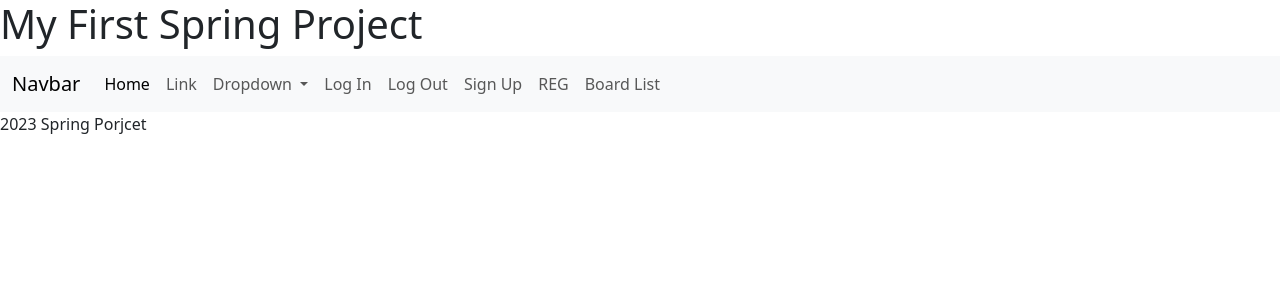
Repository: Leesunghoon1/ezenSpring
Page: http://localhost/spring-Test/WEB-INF/views/member/login.jsp
An editor plug-in stored every save of this project. The page is shown before and after the next save, followed by the edit.
The browser window is 1280 px wide. The pictures show the whole page.
The page is served by Tomcat 9. Nobody is signed in. Other server files are loaded and not shown. The template is opened directly, without the code that normally fills it, so the values that code supplies are empty.

Above is the page before, as saved 2023-10-06 07:00:59.

### spring-Test/src/main/webapp/WEB-INF/views/member/login.jsp
<%@ page language="java" contentType="text/html; charset=UTF-8"
    pageEncoding="UTF-8"%>
    <%@ taglib uri="http://java.sun.com/jsp/jstl/core" prefix="c" %>
<!DOCTYPE html>
<html>
<head>
<meta charset="UTF-8">
<title>로그인 페이지</title>
</head>
<body>

<jsp:include page="../layout/header.jsp"></jsp:include>


<jsp:include page="../layout/footer.jsp"></jsp:include>

</body>
</html>

### spring-Test/src/main/webapp/WEB-INF/views/layout/header.jsp
<%@ page language="java" contentType="text/html; charset=UTF-8"
    pageEncoding="UTF-8"%>
    <%@ taglib uri="http://java.sun.com/jsp/jstl/core" prefix="c" %>
<!DOCTYPE html>
<html>
<head>
<meta charset="UTF-8">
<title>Insert title here</title>
<link href="https://cdn.jsdelivr.net/npm/bootstrap@5.3.1/dist/css/bootstrap.min.css" rel="stylesheet" integrity="sha384-4bw+/aepP/YC94hEpVNVgiZdgIC5+VKNBQNGCHeKRQN+PtmoHDEXuppvnDJzQIu9" crossorigin="anonymous">
<script src="https://cdn.jsdelivr.net/npm/bootstrap@5.3.1/dist/js/bootstrap.bundle.min.js" integrity="sha384-HwwvtgBNo3bZJJLYd8oVXjrBZt8cqVSpeBNS5n7C8IVInixGAoxmnlMuBnhbgrkm" crossorigin="anonymous"></script>
</head>
<body>
<h1> My First Spring Project </h1>

<nav class="navbar navbar-expand-lg bg-body-tertiary">
  <div class="container-fluid">
    <a class="navbar-brand" href="#">Navbar</a>
    <button class="navbar-toggler" type="button" data-bs-toggle="collapse" data-bs-target="#navbarSupportedContent" aria-controls="navbarSupportedContent" aria-expanded="false" aria-label="Toggle navigation">
      <span class="navbar-toggler-icon"></span>
    </button>
    <div class="collapse navbar-collapse" id="navbarSupportedContent">
      <ul class="navbar-nav me-auto mb-2 mb-lg-0">
        <li class="nav-item">
          <a class="nav-link active" aria-current="page" href="#">Home</a>
        </li>
        <li class="nav-item">
          <a class="nav-link" href="#">Link</a>
        </li>
        <li class="nav-item dropdown">
          <a class="nav-link dropdown-toggle" href="#" role="button" data-bs-toggle="dropdown" aria-expanded="false">
            Dropdown
          </a>
          <ul class="dropdown-menu">
            <li><a class="dropdown-item" href="#">Action</a></li>
            <li><a class="dropdown-item" href="#">Another action</a></li>
            <li><hr class="dropdown-divider"></li>
            <li><a class="dropdown-item" href="#">Something else here</a></li>
          </ul>
        </li>
        <li class="nav-item">
          <a class="nav-link" href="/board/register">Log In</a>
        </li>
                <li class="nav-item">
          <a class="nav-link" href="/board/register">Log Out</a>
        </li>
                <li class="nav-item">
          <a class="nav-link" href="/board/register">Sign Up</a>
        </li>
                <li class="nav-item">
          <a class="nav-link" href="/board/register">REG</a>
        </li>
                <li class="nav-item">
          <a class="nav-link" href="/board/list">Board List</a>
        </li>
      </ul>
<!--       <form class="d-flex" role="search">
        <input class="form-control me-2" type="search" placeholder="Search" aria-label="Search">
        <button class="btn btn-outline-success" type="submit">Search</button>
      </form> -->
    </div>
  </div>
</nav>

### spring-Test/src/main/webapp/WEB-INF/views/layout/footer.jsp
<%@ page language="java" contentType="text/html; charset=UTF-8"
    pageEncoding="UTF-8"%>

<div>
2023 Spring Porjcet
</div>
</body>
</html>

After the next save:
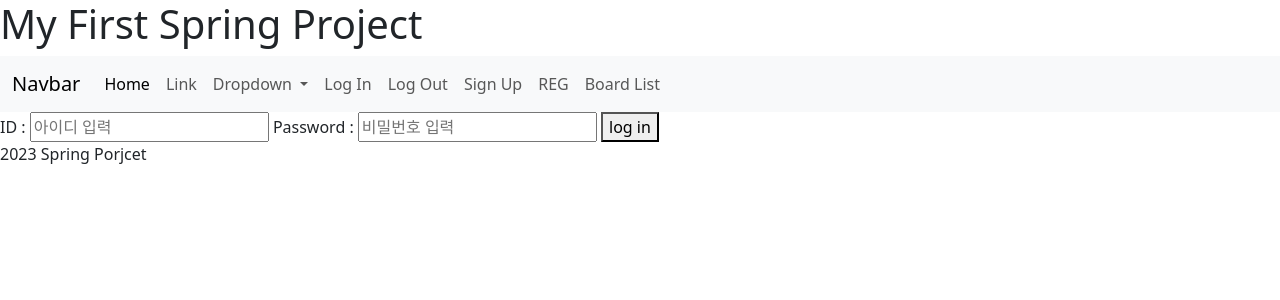
Saved 2 min 3 s later.
--- a/spring-Test/src/main/webapp/WEB-INF/views/member/login.jsp
+++ b/spring-Test/src/main/webapp/WEB-INF/views/member/login.jsp
@@ -10,6 +10,11 @@
 <body>
 
 <jsp:include page="../layout/header.jsp"></jsp:include>
+<form action="/member/login" method="post">
+ID : <input type="text" name="id" placeholder="아이디 입력">
+Password : <input type="text" name="pw" placeholder="비밀번호 입력">
+<button type="submit">log in</button>
+</form>
 
 
 <jsp:include page="../layout/footer.jsp"></jsp:include>
